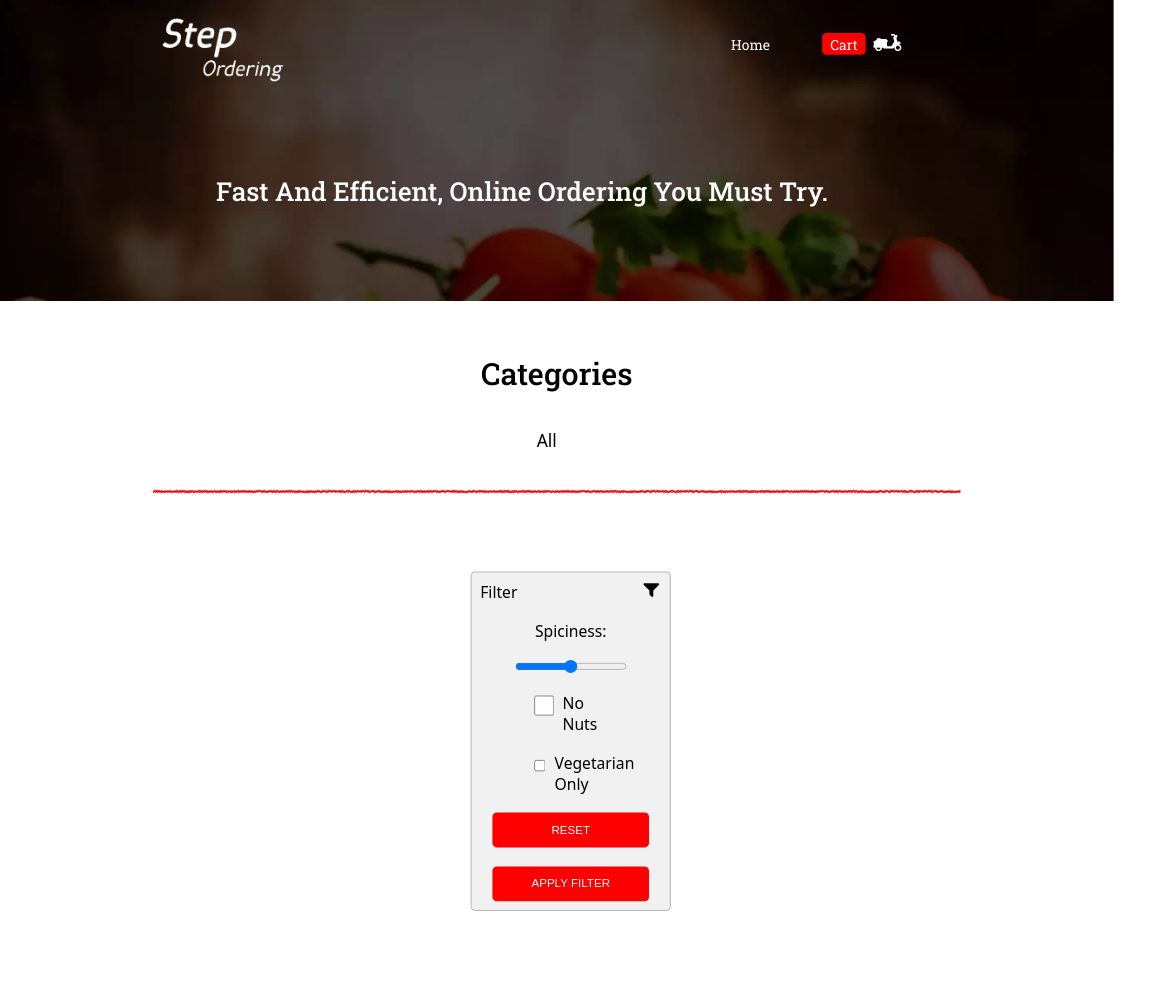
Repository: anastasia29-step/Online-Restaurant
Page: index.html
These files come from the project's save history. The page is drawn as it stood at one moment and after the next save; the edit follows.
The browser window is 1280 px wide. The page is 1340 px wide, so the pictures cover 1340 px, including what lies to the right of the window. The pictures show the whole page, at 87% of full size.
Some web libraries are served in a nearby version.

Above is the page before, as saved 2026-03-10 16:02:44.
Not found: app.js/

### index.html
<!DOCTYPE html>
<html lang="en">

<head>
    <meta charset="UTF-8">
    <meta name="viewport" content="width=device-width, initial-scale=1.0">
    <title>Document</title>
    <link rel="stylesheet" href="style.css">
    <link rel="preconnect" href="https://fonts.googleapis.com">
    <link rel="preconnect" href="https://fonts.gstatic.com" crossorigin>
    <link href="https://fonts.googleapis.com/css2?family=Roboto+Slab:wght@100..900&display=swap" rel="stylesheet">
    <link rel="stylesheet" href="https://cdnjs.cloudflare.com/ajax/libs/font-awesome/7.0.1/css/all.min.css"
        integrity="sha512-2SwdPD6INVrV/lHTZbO2nodKhrnDdJK9/kg2XD1r9uGqPo1cUbujc+IYdlYdEErWNu69gVcYgdxlmVmzTWnetw=="
        crossorigin="anonymous" referrerpolicy="no-referrer" />
</head>

<body>

    <section class="FirstLine">

    <div class="beside" id="navbar">
        <div class="left">
            <a href="./index.html"><img src="./photo/logo.png" alt=""></a>
        </div>

        <div class="right">
            <a href="./index.html">Home</a>
            <a href="./Cart.html" class="a">Cart</a>
            <a href="./Cart.html">
            <img src="./photo/istockphoto-609074524-612x612 Background Removed.png" alt=""></a>
        </div>
    </div>

    <div class="bottom">
        <h1>Fast And Efficient, Online Ordering You Must Try.</h1>
    </div>

</section>
    <section class="section">
        <h1>Categories</h1>
        <ul>
            <li onclick="showAll()">All</li>
        </ul>
        <img src="./photo/border.png" alt="">
    </section>
    <form class="sectionCard">
        <div class="leftSide">
            <div class="filteredCard">
                <div class="first">
                    <p>Filter</p>
                    <i class="fa-solid fa-filter"></i>
                </div>
                <p>Spiciness:</p>
                <input class="range" type="range">
                <div class="next">
                    <input type="checkbox">
                    <p>No Nuts</p>
                </div>
                <div class="next">
                    <input type="checkbox">
                    <p>Vegetarian Only</p>
                </div>
                <button class="reset" onclick="reset()">RESET</button>
                <button class="apply" onclick="apply()">APPLY FILTER</button>
            </div>
        </div>
        <div class="rightSide">

        </div>
    </form>




    <script src="app.js\"></script>
</body>

</html>

### style.css
* {
    margin: 0;
    padding: 0;
    box-sizing: border-box;
}

.section {
    display: flex;
    flex-direction: column;
    justify-content: center;
    align-items: center;
    padding: 60px;
    gap: 10px;
}

section.section img {
    width: 80%;
    height: 5px;
    margin-bottom: 80px;
    display: flex;
    justify-content: center;
    align-items: center;
}

.section h1 {
    font-style: bold;
    font-family: "Roboto Slab", serif;
    font-weight: 900;
}

ul {
    display: flex !important;
    justify-content: center;
    height: 90px;
    width: 1400px;
    flex-wrap: wrap;
    list-style: none;
    gap: 23px;
    font-family: system-ui, -apple-system, BlinkMacSystemFont, 'Segoe UI', Roboto, Oxygen, Ubuntu, Cantarell, 'Open Sans', 'Helvetica Neue', sans-serif;
    align-items: center;
}

ul::after {
    content: "";
    display: block;
    height: 6px;
    background-image: url("border.png");
    background-repeat: repeat-x;
    background-position: bottom;
}

.FirstLine {
    height: 48vh;
    background-image: url(./photo/inner_banner.jpg);
    background-position: center;
    background-repeat: no-repeat;
    background-size: cover;
    padding-left: 170px;
    padding-top: 20px;
}

.beside {
    position: fixed;
    top: 0;
    left: 0;
    width: 100%;
    display: flex;
    justify-content: space-between;
    padding: 20px 170px;
    transition: 0.3s;
    z-index: 1000;
}

.beside.active {
    backdrop-filter: blur(10px);
    background: rgba(0, 0, 0, 0.9);
}

.beside.active::after {
    content: "";
    position: absolute;
    bottom: 0;
    left: 0;
    width: 100%;
    height: 100px;
    background-image: url("photo/border.png");
    background-repeat: repeat-x;
    content:"";
    position:absolute;
    bottom:0;
    left:0;
    width:100%;
    height:5px;
    background-image:url("photo/border.png");
    background-repeat:repeat-x;
}

.beside .right {
    display: flex;
    gap: 20px;
    padding-right: 60px;
    padding-top: 20px;
}

.FirstLine .right :first-child:hover {
    color: #FFCC00;
}

.beside .right a {
    text-decoration: none;
    color: white;
    font-family: "Roboto Slab", serif;
}

.beside .right .a {
    background-color: red;
    width: 50px;
    height: 25px;
    padding-top: 2px;
    text-align: center;
    border-radius: 5px;
    margin-top: -2px;
    margin-left: 40px;
}

.beside .right .a:hover+a img {
    transform: translateX(50px);
}

.beside .right img {
    width: 60px;
    margin-top: -21px;
    margin-left: -25px;
    transition: transform 3.0s;
}

.FirstLine .bottom h1 {
    text-align: center;
    color: white;
    margin-top: 180px;
    margin-right: 250px;
    font-size: 30px;
    font-weight: 500;
    font-family: "Roboto Slab", serif;
}

.section h1 {
    font-weight: 500;
    font-size: 35px;
}

ul li {
    height: 100%;
    font-size: 20px;
    cursor: pointer;
    transition: 0.3s;
    display: flex;
    justify-content: center;
    align-items: center;

}

ul li:hover {
    background-color: red;
    color: white;

}

.sectionCard {
    display: flex;
    width: 100%;
    padding: 60px;
    justify-content: center;
    margin-top: -150px;
    /* background-color: aqua; */
}

.leftSide {
    width: 30%;
    padding: 40px;
    /* background-color: yellow; */
    margin-left: 50px;
}

.filteredCard {
    width: 230px;
    height: 390px;
    display: flex;
    flex-direction: column;
    justify-content: space-between;
    align-items: center;
    padding: 10px;
    background-color: #F1F1F1;
    border: 1px solid rgb(174, 172, 172);
    border-radius: 5px;
    font-family: system-ui, -apple-system, BlinkMacSystemFont, 'Segoe UI', Roboto, Oxygen, Ubuntu, Cantarell, 'Open Sans', 'Helvetica Neue', sans-serif;
    font-size: 18px;
    margin-left: 50px;

}

.first {
    display: flex;
    width: 100%;
    justify-content: space-between;
}

.next {
    display: flex;
    width: 40%;
    gap: 10px;
    justify-content: flex-start;
}

.range input[type="range"] {
    width: 100%;
}
.range input[type="range"]::-webkit-slider-runnable-track {
  height: 6px;
  background: red;
  border-radius: 10px;
}
.range input[type="range"]::-moz-range-track {
  height: 6px;
  background: #ddd;
  border-radius: 10px;
}

.next input {
    width: 30px;
    height: 30px;
}

.filteredCard button {
    height: 40px;
    width: 180px;
    background-color: red;
    color: white;
    border: none;
    border-radius: 5px;
    cursor: pointer;
    transition: 0.5s;
}

.filteredCard button:hover {
    background-color: #FFCC00;
}

.rightSide {
    display: flex;
    justify-content: center;
    flex-wrap: wrap;
    padding: 40px;
    gap: 30px;
    /* background-color: red; */
}

.card {
    width: 270px;
    height: 420px;
    display: flex;
    flex-direction: column;
    align-items: center;
    justify-content: space-between;
    padding-bottom: 15px;
    border: 1px solid grey;
    border-radius: 17px;
}

.card img {
    width: 100%;
    height: 200px;
    object-fit: cover;
    border-top-left-radius: 17px;
    border-top-right-radius: 17px;
    background-color: #CFCFCF;
}

.card h1 {
    font-size: 20px;
    font-family: system-ui, -apple-system, BlinkMacSystemFont, 'Segoe UI', Roboto, Oxygen, Ubuntu, Cantarell, 'Open Sans', 'Helvetica Neue', sans-serif;
}

.sides {
    display: flex;
    justify-content: center;
    gap: 7px;
}

.checks {
    display: flex;
    gap: 3px;
}

.card .bottom {
    width: 100%;
    padding: 10px;
    display: flex;
    justify-content: space-between;
    align-items: center;
}

.card .bottom button {
    height: 40px;
    width: 120px;
    display: flex;
    justify-content: center;
    align-items: center;
    border: 1px solid black;
}

After the next save:
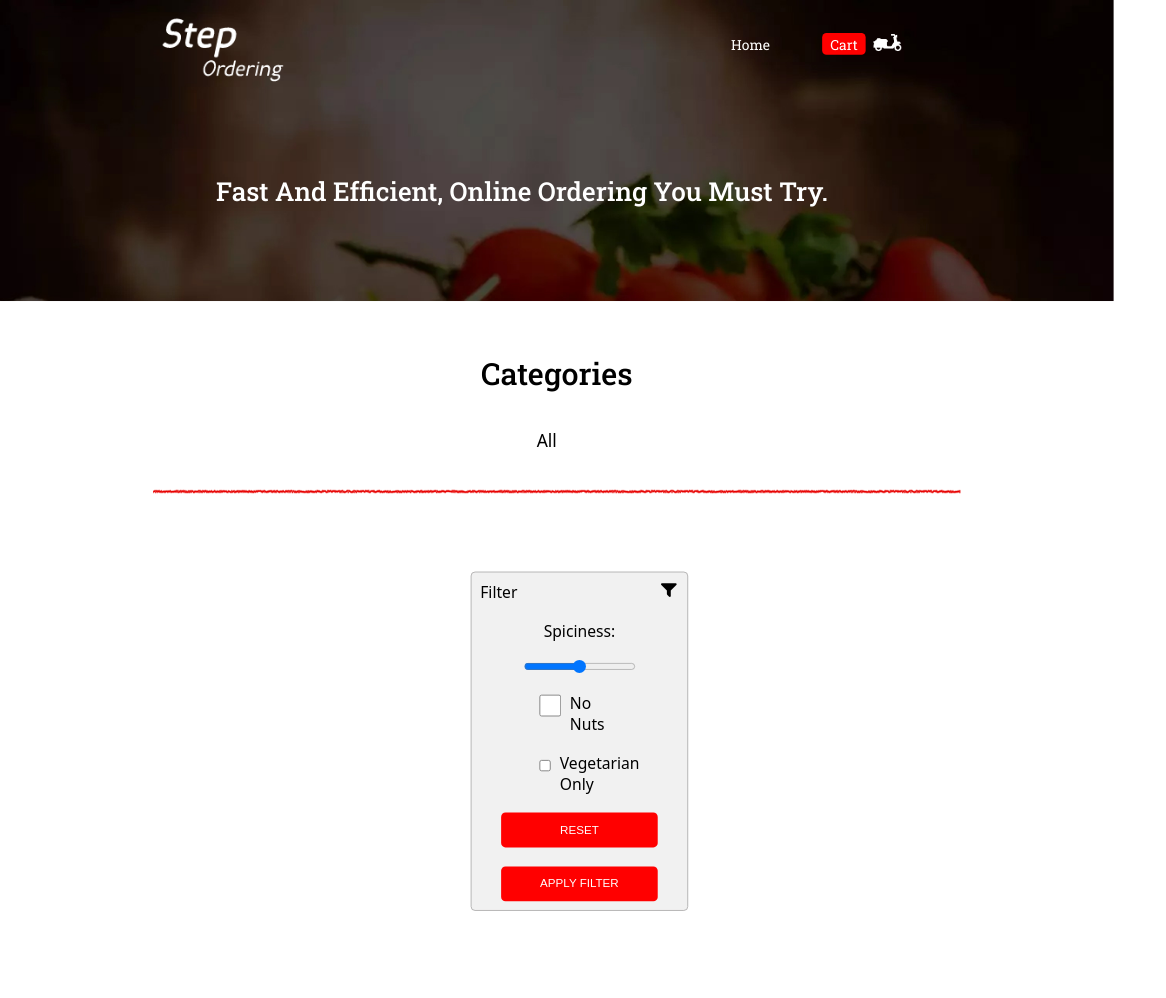
Saved 89 s later.
--- a/style.css
+++ b/style.css
@@ -183,7 +183,7 @@ ul li:hover {
 }
 
 .filteredCard {
-    width: 230px;
+    width: 250px;
     height: 390px;
     display: flex;
     flex-direction: column;
@@ -251,12 +251,12 @@ ul li:hover {
     justify-content: center;
     flex-wrap: wrap;
     padding: 40px;
-    gap: 30px;
+    gap: 25px;
     /* background-color: red; */
 }
 
 .card {
-    width: 270px;
+    width: 240px;
     height: 420px;
     display: flex;
     flex-direction: column;
